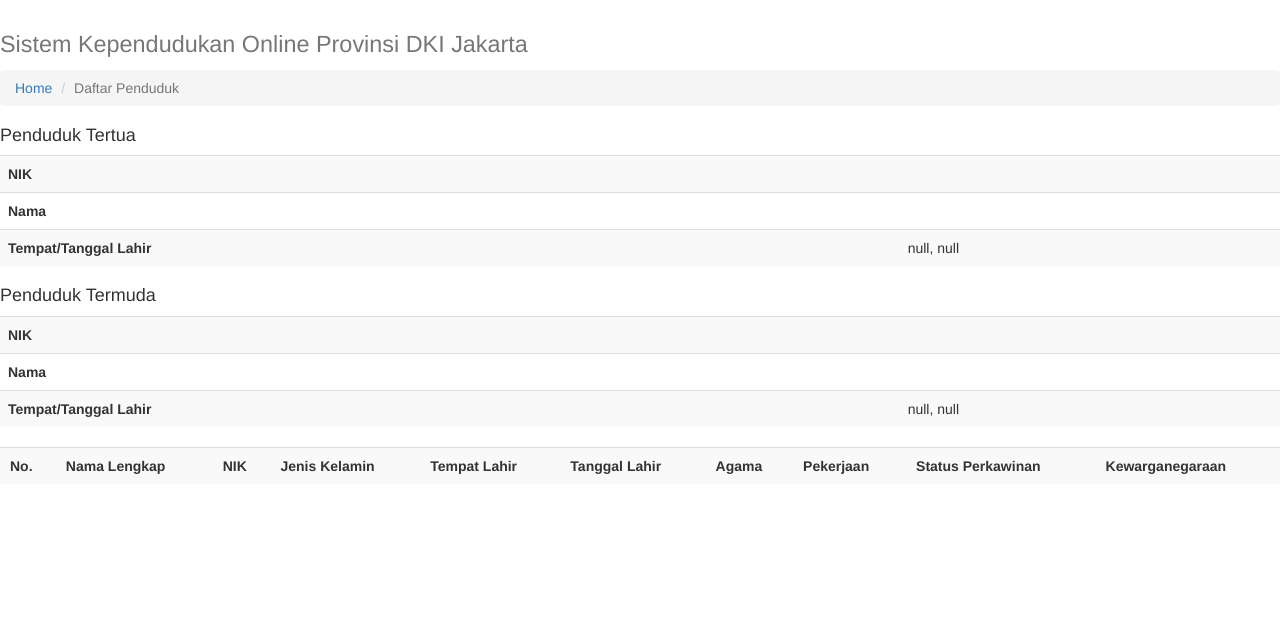
Repository: apap-2017/tugas1_1406544135
Page: http://localhost/list-penduduk
An editor plug-in stored every save of this project. The page is shown before and after the next save, followed by the edit.
The browser window is 1280 px wide. The pictures show the whole page.
Pictures or frames that could not be fetched are drawn as grey boxes. The page is this project's Thymeleaf template; nobody is signed in. The template is opened directly, without the code that normally fills it, so the values that code supplies are empty.

Above is the page before, as saved 2017-10-22 03:24:09.
Console error: TypeError: Cannot read properties of undefined (reading 'mData')

### Tugas1_1406544135/src/main/resources/templates/list-penduduk.html
<!DOCTYPE html>
<html xmlns:th="http://www.thymeleaf.org">
<head>
<title>Siduk DKI</title>
<link href="../../static/css/bootstrap.min.css" rel="stylesheet"
	th:href="@{/css/bootstrap.min.css}" />
<link rel="stylesheet" th:href="@{/css/jquery.dataTables.min.css}"></link>
<script src="/js/jquery.min.js"></script>
<script src="/js/jquery.dataTables.min.js"></script>
<script>
	$(document).ready(function() {
		$('#daftar-penduduk').DataTable();
	});
</script>
</head>

<body>
	<section class="content-header">
		<h1>
			<small>Sistem Kependudukan Online Provinsi DKI Jakarta</small>
		</h1>
		<ol class="breadcrumb">
			<li><a th:href="@{/}">Home</a></li>
			<li class="active">Daftar Penduduk</li>
		</ol>
	</section>

	<table class="table table-striped">
		<h4>Penduduk Tertua</h4>
		<tbody>
			<tr>
				<td><strong>NIK</strong></td>
				<td th:text="${pendudukTertua.nik} "></td>
			</tr>

			<tr>
				<td><strong>Nama</strong></td>
				<td th:text="${pendudukTertua.nama} "></td>
			</tr>

			<tr>
				<td><strong>Tempat/Tanggal Lahir</strong></td>
				<td
					th:text="${pendudukTertua.tempat_lahir} +', ' + ${pendudukTertua.tanggal_lahir} "></td>
			</tr>
		</tbody>
	</table>

	<table class="table table-striped">
		<h4>Penduduk Termuda</h4>
		<tbody>
			<tr>
				<td><strong>NIK</strong></td>
				<td th:text="${pendudukTermuda.nik} "></td>
			</tr>

			<tr>
				<td><strong>Nama</strong></td>
				<td th:text="${pendudukTermuda.nama} "></td>
			</tr>

			<tr>
				<td><strong>Tempat/Tanggal Lahir</strong></td>
				<td
					th:text="${pendudukTermuda.tempat_lahir} +', ' + ${pendudukTermuda.tanggal_lahir} "></td>
			</tr>
		</tbody>
	</table>

	<table class="table table-hover table-striped dataTable" id="daftar-penduduk">
		<tbody>
			<tr>
				<td><strong>No.</strong></td>
				<td><strong>Nama Lengkap</strong></td>
				<td><strong>NIK</strong></td>
				<td><strong>Jenis Kelamin</strong></td>
				<td><strong>Tempat Lahir</strong></td>
				<td><strong>Tanggal Lahir</strong></td>
				<td><strong> Agama </strong></td>
				<td><strong> Pekerjaan </strong></td>
				<td><strong> Status Perkawinan </strong></td>
				<td><strong> Kewarganegaraan </strong></td>
			</tr>
			<div th:each="detailAnggota, iterationStatus: ${listPenduduk}">
				<tr>
					<td th:text="${iterationStatus.count}"></td>
					<td th:text="${detailAnggota.nama}"></td>
					<td th:text="${detailAnggota.nik}"></td>
					<td th:if="${detailAnggota.jenis_kelamin == 0}" th:text="Pria"></td>
					<td th:if="${detailAnggota.jenis_kelamin == 1}" th:text="Wanita"></td>
					<td th:text="${detailAnggota.tempat_lahir}"></td>
					<td th:text="${detailAnggota.tanggal_lahir}"></td>
					<td th:text="${detailAnggota.agama}"></td>
					<td th:text="${detailAnggota.pekerjaan}"></td>
					<td th:text="${detailAnggota.status_perkawinan}"></td>
					<td th:if="${detailAnggota.is_wni == 0}" th:text="WNA"></td>
					<td th:if="${detailAnggota.is_wni == 1}" th:text="WNI"></td>

				</tr>
			</div>
		</tbody>
	</table>
</body>
<script src="../../datatables/jquery.dataTables.min.js"></script>
<script>
	$(document)
			.ready(
					function() {
						$('#penduduk')
								.dataTable(
										{
											language : {
												"sProcessing" : "Sedang memproses...",
												"sLengthMenu" : "Tampilkan _MENU_ entri",
												"sZeroRecords" : "Tidak ditemukan data yang sesuai",
												"sInfo" : "Menampilkan _START_ sampai _END_ dari _TOTAL_ entri",
												"sInfoEmpty" : "Menampilkan 0 sampai 0 dari 0 entri",
												"sInfoFiltered" : "(disaring dari _MAX_ entri keseluruhan)",
												"sInfoPostFix" : "",
												"sSearch" : "Cari:",
												"sUrl" : "",
												"oPaginate" : {
													"sFirst" : "Pertama",
													"sPrevious" : "Sebelumnya",
													"sNext" : "Selanjutnya",
													"sLast" : "Terakhir"
												}
											}

										});
					});
</script>
</html>

Loaded but not shown: Tugas1_1406544135/src/main/resources/static/css/bootstrap.min.css (library); Tugas1_1406544135/src/main/resources/static/css/jquery.dataTables.min.css (library); Tugas1_1406544135/src/main/resources/static/js/jquery.min.js (library); Tugas1_1406544135/src/main/resources/static/js/jquery.dataTables.min.js (library)

After the next save:
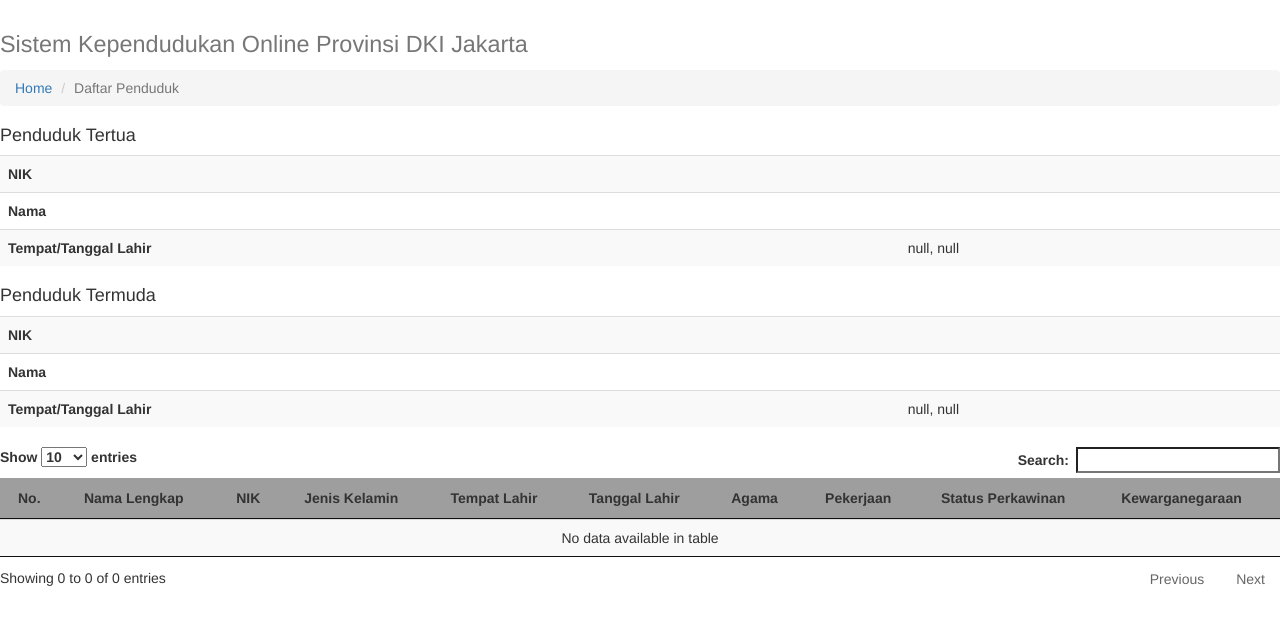
The error is gone.
Saved 10 min 4 s later.
--- a/Tugas1_1406544135/src/main/resources/templates/list-penduduk.html
+++ b/Tugas1_1406544135/src/main/resources/templates/list-penduduk.html
@@ -68,7 +68,7 @@
 	</table>
 
 	<table class="table table-hover table-striped dataTable" id="daftar-penduduk">
-		<tbody>
+		<thead>
 			<tr>
 				<td><strong>No.</strong></td>
 				<td><strong>Nama Lengkap</strong></td>
